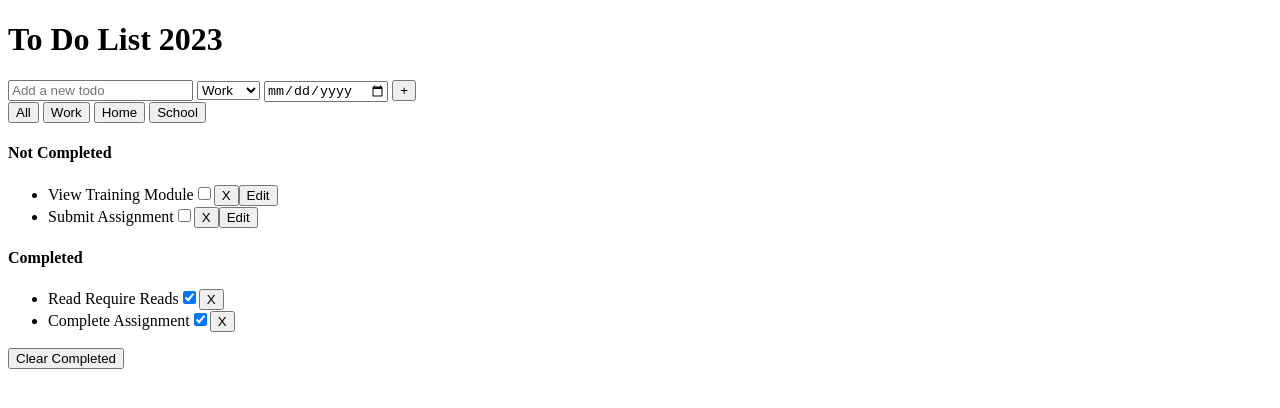
Repository: Kayla-amr/dgm3760
Page: index.html
The author's editor kept a copy of each file at every save. The page is drawn from the files as they stood at one save, then again after the next save.
The browser window is 1280 px wide. The pictures show the whole page.

Above is the page before, as saved 2023-10-18 13:17:15.

### index.html
<!DOCTYPE html>
<html lang="en">
<head>
    <meta charset="UTF-8">
    <meta name="viewport" content="width=device-width, initial-scale=1.0">
    <title>ToDo App 2023</title>
</head>
<body>
    <div class="app">
        <h1></h1>

        <div class="input">
            <input class="userInput" type="text" placeholder="Add a new todo">
            <select class="categorySelected">
                <option value="work">Work</option>
                <option value="home">Home</option>
                <option value="school">School</option>
            </select>
            <input class="dateInput" type="date" placeholder="Date">

            <button class="addInput">+</button>
        </div>

        <div class="category">
            <button class="all">All</button>
            <button class="work">Work</button>
            <button class="home">Home</button>
            <button class="school">School</button>
        </div>

        <div class="todos">
            <h4>Not Completed</h4>
            <ul class="list"></ul>
            <h4>Completed</h4>
            <ul class="completed"></ul>
        </div>

        <div class="btns">
            <button class="clear">Clear Completed</button>
        </div>



    </div>

</body>
<script src="main.js"></script>
</html>

### main.js
let todo = [
    {
    id: 0,
    name: 'View Training Module',
    category: 'Home',
    date: '2020-03-01',
    status: false

},
{
    id: 1,
    name: 'Read Require Reads',
    category: 'Work',
    date: '2020-12-01',
    status: true
},
{
    id: 2,
    name: 'Complete Assignment',
    category: 'Work',
    date: '2020-01-01',
    status: true
},
{
    id: 3,
    name: 'Submit Assignment',
    category: 'School',
    date: '2020-05-01',
    status: false
},
];

document.querySelector('.app > h1').innerText = 'To Do List 2023';

let list = document.querySelector('.list');
let completed = document.querySelector('.completed');


//VIEW TODO LIST FUNCTION
function taskView(todo){
    list.innerText = '';
    completed.innerText='';         //CLEARS TODO LIST

    todo.forEach(function(todoItem) //LOOPS THROUGH TODO LIST
    {
        //CREATES TODO ITEM ELEMENTS
        let li = document.createElement('li');  //CREATES LI ELEMENT
        li.setAttribute('id', todoItem.id)      //SETS LI ID
        li.innerText = todoItem.name;

        //CREATES INPUT ELEMENT
        let status = document.createElement('input'); //CREATES INPUT ELEMENT
        status.setAttribute('type', 'checkbox');      //SETS INPUT TYPE
        status.setAttribute('id', 'status');          //SETS INPUT ID
        status.setAttribute('value', todoItem.status);//SETS INPUT VALUE
        status.checked = todoItem.status;             //SETS INPUT CHECKED STATUS

        //ADDS EVENT LISTENER TO INPUT
        status.addEventListener('click', function(){  //ADDS EVENT LISTENER TO INPUT
            if(status.checked == true){               //CHECKS IF INPUT IS CHECKED
                todoItem.status = true;               //SETS TODO ITEM STATUS TO TRUE
                completed.appendChild(li);            //ADDS TODO ITEM TO COMPLETED LIST
                list.removeChild(li);                 //REMOVES TODO ITEM FROM TODO LIST
            }
            else{
                todoItem.status = false;              //SETS TODO ITEM STATUS TO FALSE
                list.appendChild(li);                 //ADDS TODO ITEM TO TODO LIST
                completed.removeChild(li);            //REMOVES TODO ITEM FROM COMPLETED LIST
            }
        })

        //CREATES DELETE BUTTON
        let deleteBtn = document.createElement('button'); //CREATES BUTTON ELEMENT
        deleteBtn.setAttribute('id', 'delete');           //SETS BUTTON ID
        deleteBtn.innerText = 'X';                        //SETS BUTTON TEXT

        //ADDS EVENT LISTENER TO DELETE BUTTON
        deleteBtn.addEventListener('click', function(){   //ADDS EVENT LISTENER TO DELETE BUTTON
            todo = todo.filter(function(todoItem){         //FILTERS OUT DELETED TODO ITEM
                return todoItem.id != li.id;
            })
            taskView(todo);                                //CALLS VIEW FUNCTION
        })

        //CREATES EDIT BUTTON
        let editBtn = document.createElement('button');   //CREATES BUTTON ELEMENT
        editBtn.setAttribute('id', 'edit');               //SETS BUTTON ID
        editBtn.innerText = 'Edit';                       //SETS BUTTON TEXT

        //ADDS EVENT LISTENER TO EDIT BUTTON
        editBtn.addEventListener('click', function(){      //ADDS EVENT LISTENER TO EDIT BUTTON
            let editInput = document.createElement('input'); //CREATES INPUT ELEMENT
            editInput.setAttribute('type', 'text');          //SETS INPUT TYPE
            editInput.setAttribute('id', 'editInput');       //SETS INPUT ID
            editInput.setAttribute('value', todoItem.name);  //SETS INPUT VALUE
            li.innerText = '';                               //CLEARS TODO ITEM TEXT
            li.appendChild(editInput);                       //ADDS INPUT TO TODO ITEM

            //ADDS EVENT LISTENER TO INPUT
            editInput.addEventListener('keyup', function(){  //ADDS EVENT LISTENER TO INPUT
                if(event.keyCode === 13){                    //CHECKS IF ENTER KEY IS PRESSED
                    todoItem.name = editInput.value;         //SETS TODO ITEM NAME TO INPUT VALUE
                    li.innerText = todoItem.name;            //SETS TODO ITEM TEXT TO TODO ITEM NAME
                    li.appendChild(status);                  //ADDS INPUT TO TODO ITEM
                    li.appendChild(deleteBtn);               //ADDS DELETE BUTTON TO TODO ITEM
                    li.appendChild(editBtn);                 //ADDS EDIT BUTTON TO TODO ITEM
                }
            })
        }
        )

        //CHECKS TODO ITEM STATUS
        if(todoItem.status != true){
            list.appendChild(li);                    //ADDS TODO ITEM TO TODO LIST
            li.appendChild(status);                  //ADDS INPUT TO TODO ITEM
            li.appendChild(deleteBtn);               //ADDS DELETE BUTTON TO TODO ITEM
            li.appendChild(editBtn);                 //ADDS EDIT BUTTON TO TODO ITEM

        }
        else
        {
            completed.appendChild(li);                    //ADDS TODO ITEM TO COMPLETED LIST
            li.appendChild(status);                       //ADDS INPUT TO TODO ITEM
            li.appendChild(deleteBtn);                    //ADDS DELETE BUTTON TO TODO ITEM

        }
    })
}
taskView(todo); //CALLS VIEW FUNCTION


//ADD TODO ITEM FUNCTION
function addTask(){
   let userInput = document.querySelector('.userInput').value; //GETS USER INPUT
   let categorySelected = document.querySelector('.categorySelected').value; //GETS CATEGORY SELECTED
   let dateInput = document.querySelector('.dateInput').value; //GETS DATE INPUT

   const newItem = {                                          //CREATES NEW TODO ITEM OBJECT
         id: todo.length,
         name: userInput,
         category: categorySelected,
         date: dateInput,
         status: false
    }

    if (userInput === ''){                                     //CHECKS IF USER INPUT IS EMPTY
        alert('Please enter a task');                          //ALERTS USER TO ENTER A TASK
        return false;
    }
    else if (todo.some(todoItem => todoItem.name === userInput)){ //CHECKS IF USER INPUT IS A DUPLICATE
        alert('This task already exists');                        //ALERTS USER TO ENTER A UNIQUE TASK
        return false;
    }
    else{
        todo.push(newItem);                                     //PUSHES NEW TODO ITEM TO TODO LIST
    }

    document.querySelector('.userInput').value = '';          //CLEARS USER INPUT
}

addInput = document.querySelector('.addInput');                //GETS ADD BUTTON
addInput.addEventListener('click', (event) =>{
    addTask();                                                 //CALLS ADD TODO ITEM FUNCTION
    taskView(todo);                                            //CALLS VIEW FUNCTION
})

//CLEAR COMPLETED ITEMS FUNCTION
let clear = document.querySelector('.clear');                  //GETS CLEAR BUTTON
function clearList(){
    completed.innerText='';                                    //CLEARS COMPLETED LIST
    todo = todo.filter(function(todoItem){                      //FILTERS OUT COMPLETED ITEMS
        return todoItem.status == false;
    })

    todo.forEach(function(todoItem){                            //LOOPS THROUGH TODO LIST
        todoItem.id = todo.indexOf(todoItem);                   //SETS TODO ITEM ID
    })
}

clear.addEventListener('click', (event) =>{
    clearList();                                               //CALLS CLEAR FUNCTION
    taskView(todo);                                            //CALLS VIEW FUNCTION
})

After the next save:
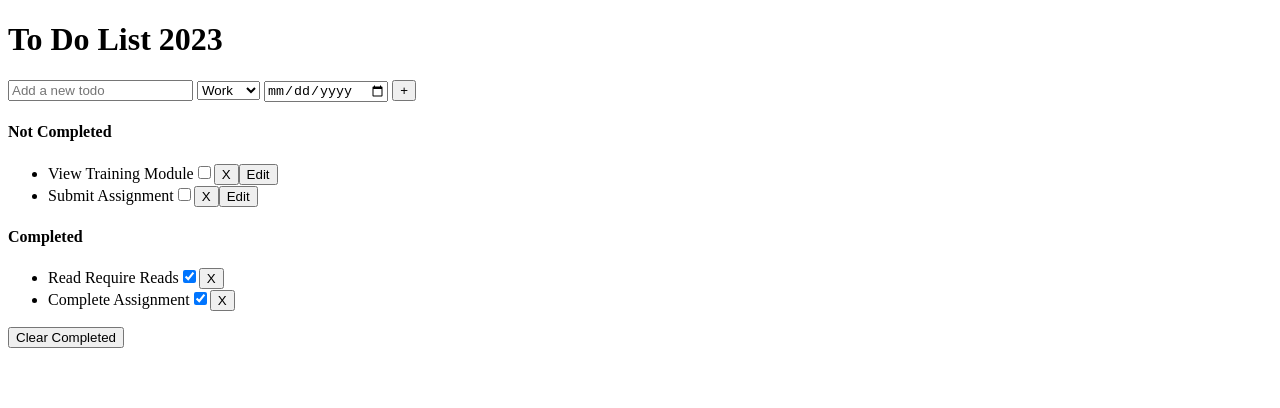
Saved 34 s later.
--- a/index.html
+++ b/index.html
@@ -21,13 +21,6 @@
             <button class="addInput">+</button>
         </div>
 
-        <div class="category">
-            <button class="all">All</button>
-            <button class="work">Work</button>
-            <button class="home">Home</button>
-            <button class="school">School</button>
-        </div>
-
         <div class="todos">
             <h4>Not Completed</h4>
             <ul class="list"></ul>
